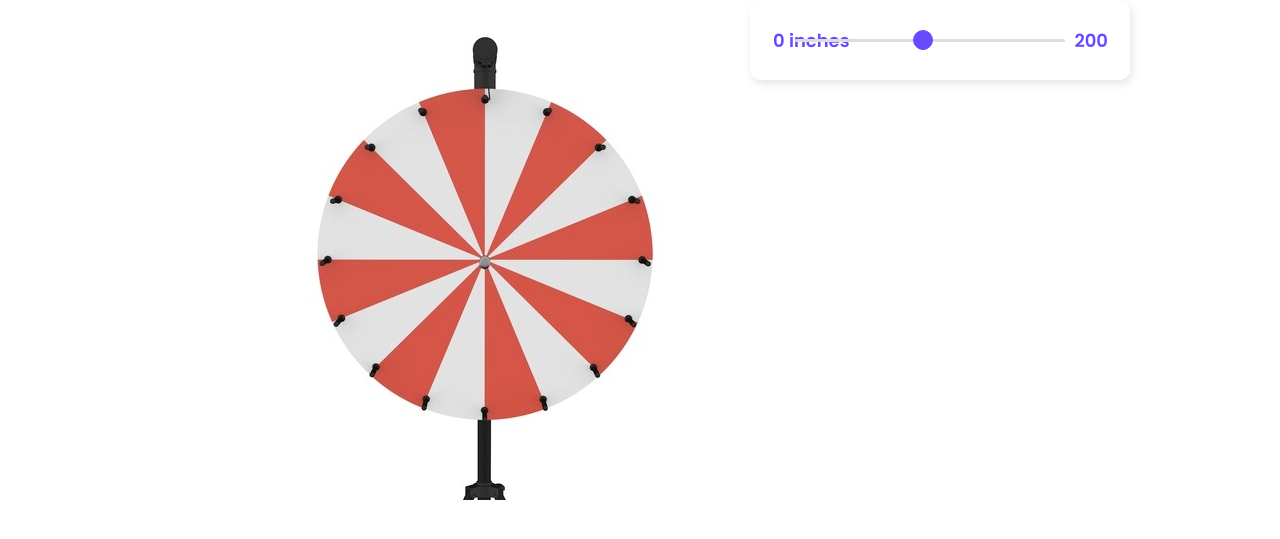
Repository: Awaisp-irfan/fahad-project
Page: text.html
An editor plug-in stored every save of this project. The page is shown before and after the next save, followed by the edit.
The browser window is 1280 px wide. The pictures show the whole page.

Above is the page before, as saved 2022-06-30 11:04:29.

### text.html
<!DOCTYPE html>
<html lang="en">
<head>
    <meta charset="UTF-8">
    <meta http-equiv="X-UA-Compatible" content="IE=edge">
    <meta name="viewport" content="width=device-width, initial-scale=1.0">
    <link
      rel="stylesheet"
      href="https://cdn.jsdelivr.net/npm/bootstrap@4.6.1/dist/css/bootstrap.min.css"
      integrity="sha384-zCbKRCUGaJDkqS1kPbPd7TveP5iyJE0EjAuZQTgFLD2ylzuqKfdKlfG/eSrtxUkn"
      crossorigin="anonymous"
    />

    <link rel="stylesheet" href="./style.css" />
    <title>Document</title>
</head>
<body>
    <div class="container">
        <div class="row">
            <div class="col-lg-7">
                <div class="img-wrapper">
                    <div class="main-img">

                    </div>
                </div>
            </div>

            <div class="col-lg-5">
                <div class="range">
                    <div class="sliderValue">
                      <span>100</span>
                    </div>
            <div class="field">
                      <div class="value left">
            0 inches</div>
            <input type="range" min="10" max="200" value="100" steps="1">
                      <div class="value right">
            200</div>
            </div>
            </div>

            </div>
        </div>
    </div>

    <script src="https://cdnjs.cloudflare.com/ajax/libs/jquery/3.4.1/jquery.min.js"></script>

<!--Plugin JavaScript file-->
<script src="https://cdnjs.cloudflare.com/ajax/libs/ion-rangeslider/2.3.1/js/ion.rangeSlider.min.js"></script>
    <script src="./index.js"></script>
</body>
</html>

### style.css
/* range slieder styling starts  */
@import url('https://fonts.googleapis.com/css?family=Poppins:400,500,600,700&display=swap');
*{
  margin: 0;
  padding: 0;
  box-sizing: border-box;
  font-family: 'Poppins', sans-serif;
}

.range{
  height: 80px;
  width: 380px;
  background: #fff;
  border-radius: 10px;
  padding: 0 65px 0 45px;
  box-shadow: 2px 4px 8px rgba(0,0,0,0.1);
}
.sliderValue{
  position: relative;
  width: 100%;
}
.sliderValue span{
  position: absolute;
  height: 45px;
  width: 45px;
  transform: translateX(-70%) scale(0);
  font-weight: 500;
  top: -40px;
  line-height: 55px;
  z-index: 2;
  color: #fff;
  transform-origin: bottom;
  transition: transform 0.3s ease-in-out;
}
.sliderValue span.show{

}
.sliderValue span:after{
  position: absolute;
  content: '';
  height: 100%;
  width: 100%;
  background: #664AFF;
  border: 3px solid #fff;
  z-index: -1;
  left: 50%;
  transform: translateX(-50%) rotate(45deg);
  border-bottom-left-radius: 50%;
  box-shadow: 0px 0px 8px rgba(0,0,0,0.1);
  border-top-left-radius: 50%;
  border-top-right-radius: 50%;
}
.field{
  display: flex;
  align-items: center;
  justify-content: center;
  height: 100%;
  position: relative;
}
.field .value{
  position: absolute;
  font-size: 18px;
  color: #664AFF;
  font-weight: 600;
}
.field .value.left{
  left: -22px;
}
.field .value.right{
  right: -43px;
}
.range input{
  -webkit-appearance: none;
  width: 100%;
  height: 3px;
  background: #ddd;
  border-radius: 5px;
  outline: none;
  border: none;
  z-index: 2222;
}
.range input::-webkit-slider-thumb{
  -webkit-appearance: none;
  width: 20px;
  height: 20px;
  background: red;
  border-radius: 50%;
  background: #664AFF;
  border: 1px solid #664AFF;
  cursor: pointer;
}
.range input::-moz-range-thumb{
  -webkit-appearance: none;
  width: 20px;
  height: 20px;
  background: red;
  border-radius: 50%;
  background: #664AFF;
  border: 1px solid #664AFF;
  cursor: pointer;
}
.range input::-moz-range-progress{
  background: #664AFF;
}

/* range slider styling ends */

.pvc{
    background-image: url(./assests/2289977149.jpg);
    background-size: cover;
    background-position: center;
    background-repeat: no-repeat;
    height: 100%;
    border-radius: 20px;
}

.col-lg-4>a > .img-div{
    height: 400px;
    border-radius: 20px;
}
.card{
    border-radius: 20px;
}
.card>.img-div{
    height: 350px;
    border-top-left-radius: 20px;
    border-top-right-radius: 20px;
    background-color: rgb(248, 248, 248);
}
.wooden{
    background-image: url(./assests/wooden.jpg);
    background-size: cover;
    background-position: center;
    background-repeat: no-repeat;
    height: 100%;
    border-radius: 20px;
}

.display{
    background-image: url(./assests/display.jpg);
    background-size: cover;
    background-position: center;
    background-repeat: no-repeat;
    height: 100%;
    border-radius: 20px;
}
.cm60-img{
    background: url(./assests/60cm_PVC-removebg-preview.png);

    background-size: cover;
    background-position: center;
    background-repeat: no-repeat;
    height: 100%;
    border-radius: 20px;
    width: 100%;
}

.cm80-img{
    background: url(./assests/80cm_PVC-removebg-preview.png);

    background-size: cover;
    background-position: center;
    background-repeat: no-repeat;
    height: 100%;
    border-radius: 20px;
}

.cm90-img{
    background: url(./assests/90cm_PVC-removebg-preview.png);

    background-size: cover;
    background-position: center;
    background-repeat: no-repeat;
    height: 100%;
    border-radius: 20px;
}
.cm100-img{
    background: url(./assests/100cm_PVC-removebg-preview.png);

    background-size: cover;
    background-position: center;
    background-repeat: no-repeat;
    height: 100%;
    border-radius: 20px;
}

.cm50-img{
    background: url(./assests//50cm\ PVC.png);

    background-size: cover;
    background-position: center;
    background-repeat: no-repeat;
    height: 100%;
    border-radius: 20px;
}

.display-wheel{
    background-image: url(./assests/display-removebg-preview.png);
    background-size: cover;
    background-position: center;
    background-repeat: no-repeat;
    height: 100%;
    border-radius: 20px;
}

.title{
    font-weight: bold;
    font-size: 16px;
    margin: 0;
    padding: 0;
}

.price{
    font-size: 14px;
    font-weight: 600;
    text-align: right;
    margin: 0;
    padding: 0;
}

/* test.html */
.main-img{
    background: url(./assests/100cm\ PVC.jpg);
    width: 100%;
    height: 100%;
}

.img-wrapper{
    height: 500px;

}


/* media queries */
@media (max-width : 768px) {
    .card>.img-div{
        height: 450px;

    }
}

### index.js
const slideValue = document.querySelector("span");
        const inputSlider = document.querySelector("input");
        inputSlider.oninput = (()=>{
          let value = inputSlider.value;
          slideValue.textContent = value;
          slideValue.style.left = (value/2) + "%";
          slideValue.classList.add("show");
        });
        inputSlider.onblur = (()=>{
          slideValue.classList.remove("show");
        });

After the next save:
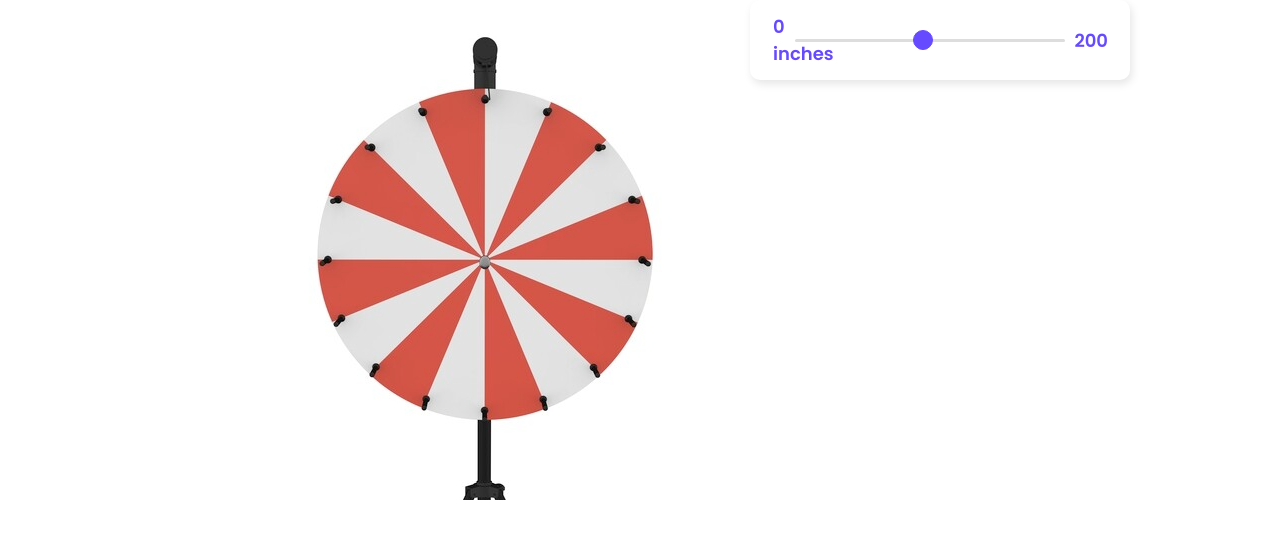
Saved 30 s later.
--- a/text.html
+++ b/text.html
@@ -32,7 +32,7 @@
                     </div>
             <div class="field">
                       <div class="value left">
-            0 inches</div>
+            0 <br> inches</div>
             <input type="range" min="10" max="200" value="100" steps="1">
                       <div class="value right">
             200</div>
